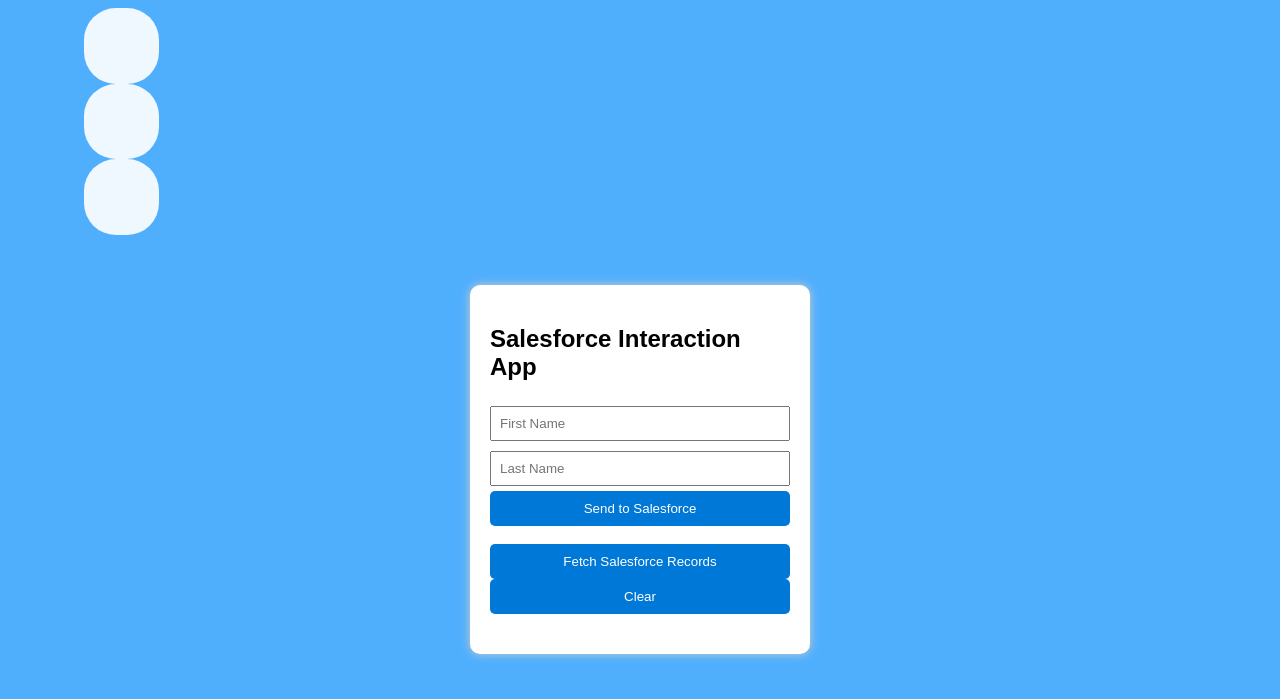
Repository: PamodaW/SalesforceSync
Page: Client/index.html
The author's editor kept a copy of each file at every save. The page is drawn from the files as they stood at one save, then again after the next save.
The browser window is 1280 px wide. The pictures show the whole page.

Above is the page before, as saved 2024-11-20 15:28:43.

### Client/index.html
<!DOCTYPE html>
<html lang="en">
<head>
    <meta charset="UTF-8">
    <meta name="viewport" content="width=device-width, initial-scale=1.0">
    <link rel="stylesheet" href="style.css">
    <title>Salesforce Web App</title>
</head>
<body>
    <div class="Clouds"></div>
    <div class="Clouds"></div>
    <div class="Clouds"></div>
    <div class="container">
        <h2>Salesforce Interaction App</h2>
        <form id="salesforceForm">
            <input type="text" id="firstName" placeholder="First Name" required>
            <input type="text" id="lastName" placeholder="Last Name" required>
            <br/>
            <button type="button" onclick="createRecord()">Send to Salesforce</button>
        </form>
        <br/>
        <button onclick="fetchRecords()">Fetch Salesforce Records</button>
        <br>
        <button onclick="ClearArea()">Clear</button>
        <div id="output"></div>
    </div>
    <script src="script.js"></script>
</body>
</html>

### Client/style.css
body {
    font-family: Arial, sans-serif;
    background-color: #50affd;
}

.container {
    width: 300px;
    margin: 50px auto;
    padding: 20px;
    background: white;
    border-radius: 10px;
    box-shadow: 0 0 10px #ccc;
}

input {
    width: 100%;
    padding: 8px;
    margin: 5px 0;
    box-sizing: border-box;
}

button {
    width: 100%;
    padding: 10px;
    background: #0078d7;
    color: white;
    border: none;
    border-radius: 5px;
    cursor: pointer;
}

button:hover {
    background: #0056a6;
}

#output {
    margin-top: 20px;
}

.Clouds{
    background-color: aliceblue;
    width: 2cm;
    height: 2cm;
    border-radius: 2rem;
    border: black 2px ;
   margin-left: 2cm;
}

.Clouds:hover{
    background-color: #50affd;

}

### Client/script.js
const consumerKey = "3MVG9DREgiBqN9Wn1tmI.eQb32fXpKrWsCOiPp9anMP.XOEs3Rv7Ic_w7Q17wlZtloetkekoWTk5wvuYA8eFB";
const consumerSecret = "A0E8A1E3413392B2C6332CBA430EEA0D6A9BF24CEB56DDAEEF33126583276774";
const username = "pamodaw@gmail.com";
const password = "Pamzi2020yBm8RGuqKhuSUMUayOxBCQAk";

let accessToken = "";

async function authenticate() {
    try {
        const response = await fetch('http://localhost:3000/authenticate', {
            method: 'POST',
            headers: {
                'Content-Type': 'application/json',
            },
        });

        const data = await response.json();
        if (data.access_token) {
            accessToken = data.access_token;
            instanceUrl = data.instance_url;
            console.log('Authenticated successfully');
        } else {
            console.error('Authentication failed', data);
            alert("Authentication failed: " + JSON.stringify(data));
        }
    } catch (error) {
        console.error('Error during authentication', error);
    }
}


// Step 2: Create a Record in Salesforce
// Assuming the accessToken and instanceUrl are set after authentication

async function createRecord() {
    if (!accessToken || !instanceUrl) {
        await authenticate();
    }

    if (accessToken && instanceUrl) {
        const firstName = document.getElementById("firstName").value;
        const lastName = document.getElementById("lastName").value;

        const newContact = {
            FirstName: firstName,
            LastName: lastName,
        };

        try {
            const response = await fetch('http://localhost:3000/createContact', {  // Matches the server port
                method: 'POST',
                headers: {
                    'Content-Type': 'application/json',
                },
                body: JSON.stringify({
                    accessToken: accessToken,
                    instanceUrl: instanceUrl,
                    contactData: newContact,
                }),
            });

            const data = await response.json();

            if (data.id) {
                console.log('Contact created successfully', data);
                alert(`Contact created successfully: ${data.id}`);
            } else {
                console.error('Failed to create contact', data);
                alert("Failed to create contact: " + JSON.stringify(data));
            }
        } catch (error) {
            console.error('Error during contact creation', error);
        }
    } else {
        console.error('Authentication failed. Cannot create record.');
    }
}



// Step 3: Fetch Records from Salesforce
async function fetchRecords() {
    if (!accessToken || !instanceUrl) {
        await authenticate();
    }

    if (accessToken && instanceUrl) {
        try {
            const response = await fetch('http://localhost:3000/getContacts', {
                method: 'POST',
                headers: {
                    'Content-Type': 'application/json',
                },
                body: JSON.stringify({
                    accessToken: accessToken,
                    instanceUrl: instanceUrl,
                }),
            });

            const contacts = await response.json();

            if (Array.isArray(contacts)) {
                console.log('Contacts fetched successfully:', contacts);
                let output = "<h3>Fetched Contacts:</h3>";
                contacts.forEach(contact => {
                    output += `<p>${contact.FirstName} ${contact.LastName}</p>`;
                });
                document.getElementById('output').innerHTML = output;
            } else {
                console.error('Failed to fetch contacts', contacts);
                alert("Failed to fetch contacts: " + JSON.stringify(contacts));
            }
        } catch (error) {
            console.error('Error during contact fetch', error);
        }
    } else {
        console.error('Authentication failed. Cannot fetch contacts.');
    }
}

//clear the Area
async function ClearArea(){
    document.getElementById('output')
            .innerHTML = "";
}

After the next save:
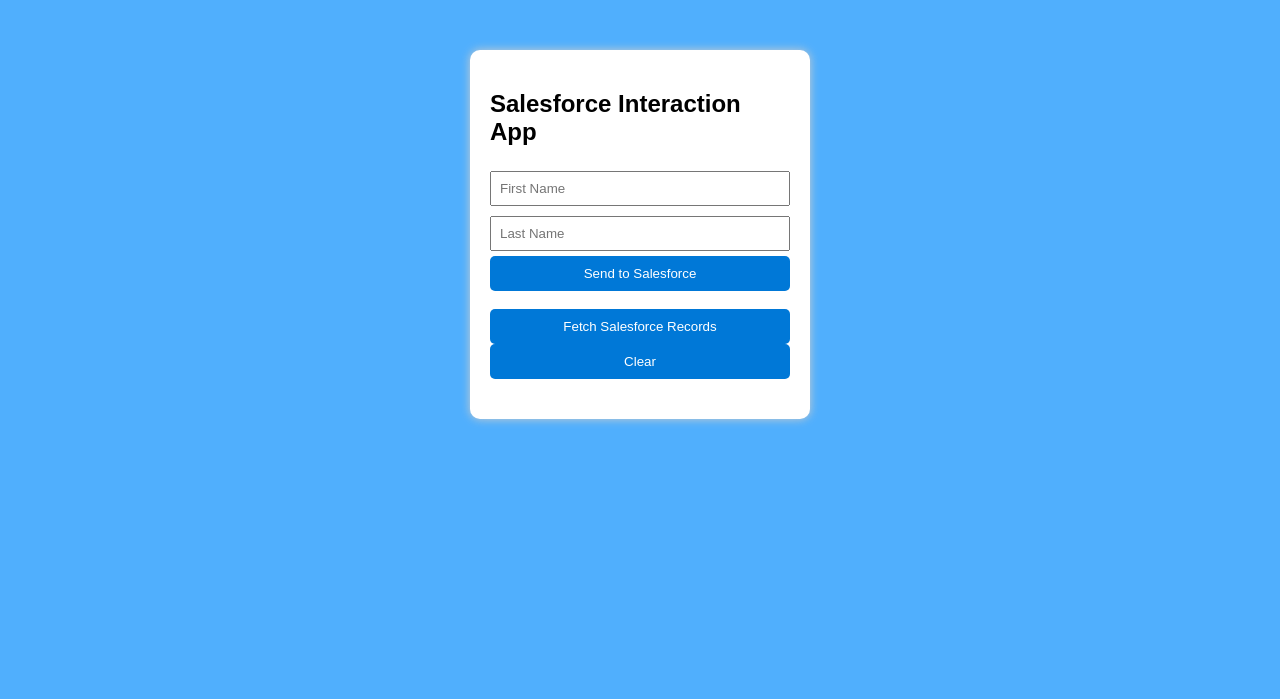
Saved 9 s later.
--- a/Client/style.css
+++ b/Client/style.css
@@ -37,7 +37,7 @@
     margin-top: 20px;
 }
 
-.Clouds{
+.Cloud{
     background-color: aliceblue;
     width: 2cm;
     height: 2cm;

After the save that followed:
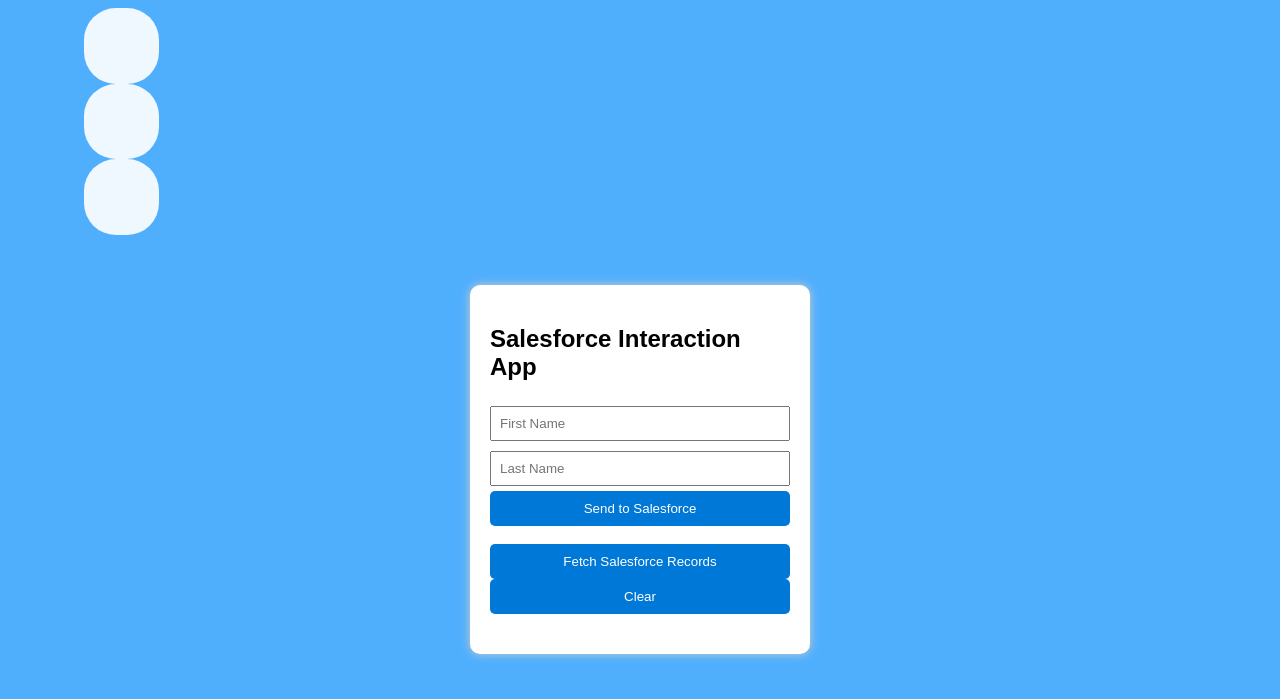
Saved 5 s later.
--- a/Client/style.css
+++ b/Client/style.css
@@ -37,7 +37,7 @@
     margin-top: 20px;
 }
 
-.Cloud{
+.Clouds{
     background-color: aliceblue;
     width: 2cm;
     height: 2cm;
